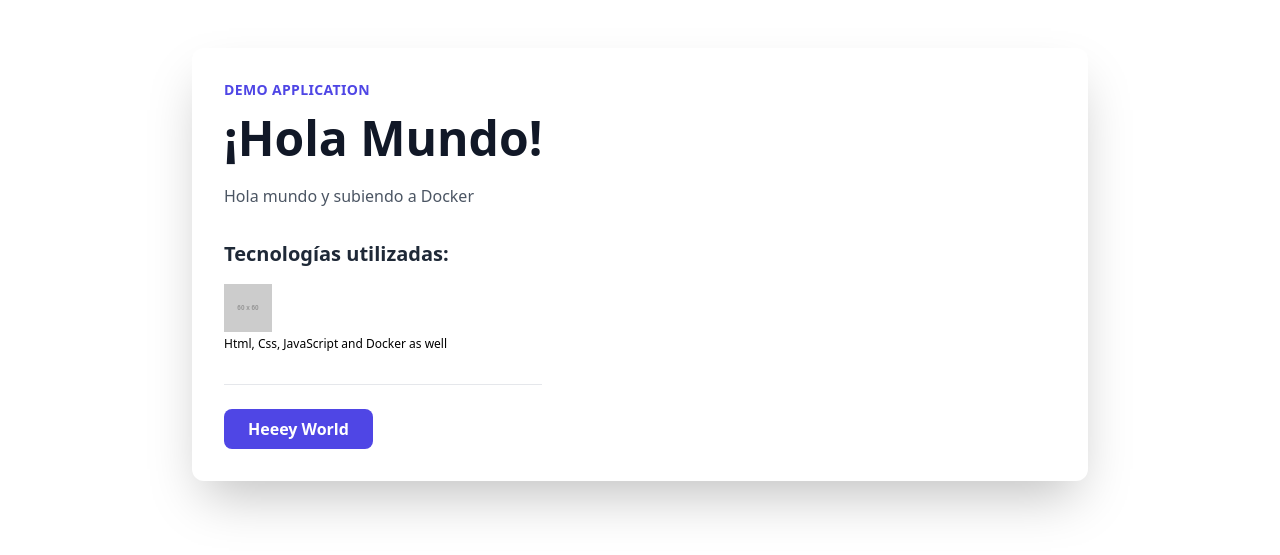
Repository: Deniz78y1966/s13electiva2
Page: index.html
The author's editor kept a copy of each file at every save. The page is drawn from the files as they stood at one save, then again after the next save.
The browser window is 1280 px wide. The pictures show the whole page.
Some web libraries are served in a nearby version.

Above is the page before, as saved 2025-08-19 22:40:25.

After the next save:
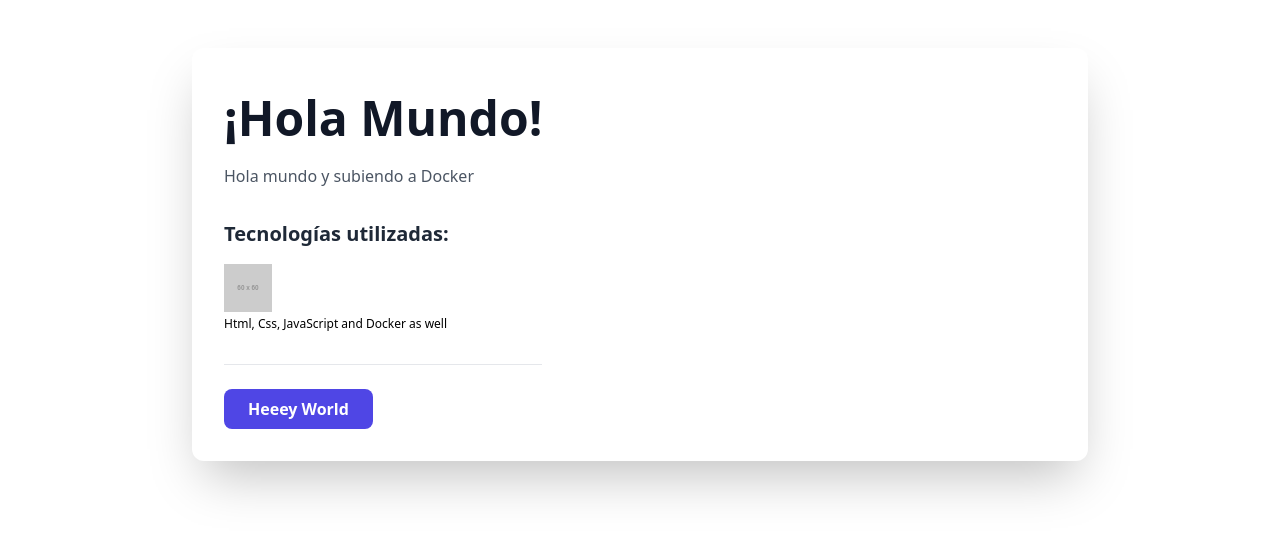
Saved 39 s later.
--- a/index.html
+++ b/index.html
@@ -22,7 +22,7 @@
                          class="h-full w-full object-cover md:w-64"> -->
                 </div>
                 <div class="p-8">
-                    <div class="uppercase tracking-wide text-sm text-indigo-600 font-semibold mb-1">Demo Application</div>
+                    <!-- <div class="uppercase tracking-wide text-sm text-indigo-600 font-semibold mb-1">Demo Application</div> -->
                     <h1 class="greeting text-5xl font-bold text-gray-900 leading-tight mt-2">¡Hola Mundo!</h1>
                     <p class="mt-4 text-gray-600">Hola mundo y subiendo a Docker</p>
                     <div class="mt-8">
